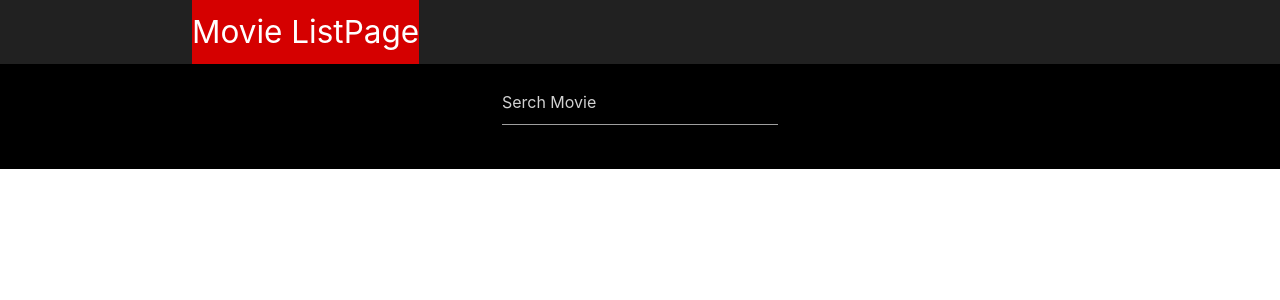
Repository: Reiya-1003/React-Ts-Node-App
Page: /
The author's editor kept a copy of each file at every save. The page is drawn from the files as they stood at one save, then again after the next save.
The browser window is 1280 px wide. The pictures show the whole page.
The page's requests for data from a server got no answer. The project was rebuilt for these pictures with package versions that can differ from the ones it lists, and the page was loaded fresh each time. A package was used in the major version that the imports need, not the one package.json lists. No one was signed in, and anything a server would have sent is missing. Also part of the build but not shown: src/Styles.module.css, src/components/Detail.tsx.

Above is the page before, as saved 2021-11-18 11:13:50.

After the next save:
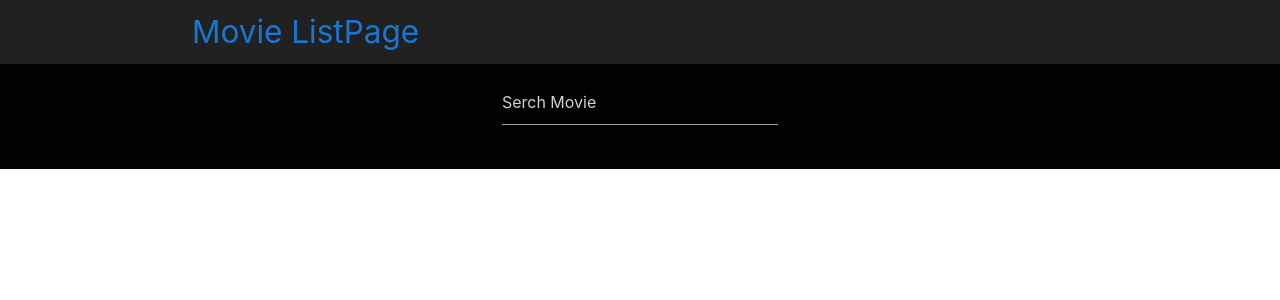
Saved 99 s later.
--- a/src/components/Nav.tsx
+++ b/src/components/Nav.tsx
@@ -5,7 +5,7 @@ const Nav = () => {
     <nav className="grey darken-4">
       <div className=".nav-wrapper container">
         <a href="" className="brand-logo ">
-          <div className="red accent-4">Movie ListPage</div>
+          <div className="blue-text text-darken-2">Movie ListPage</div>
         </a>
       </div>
     </nav>
